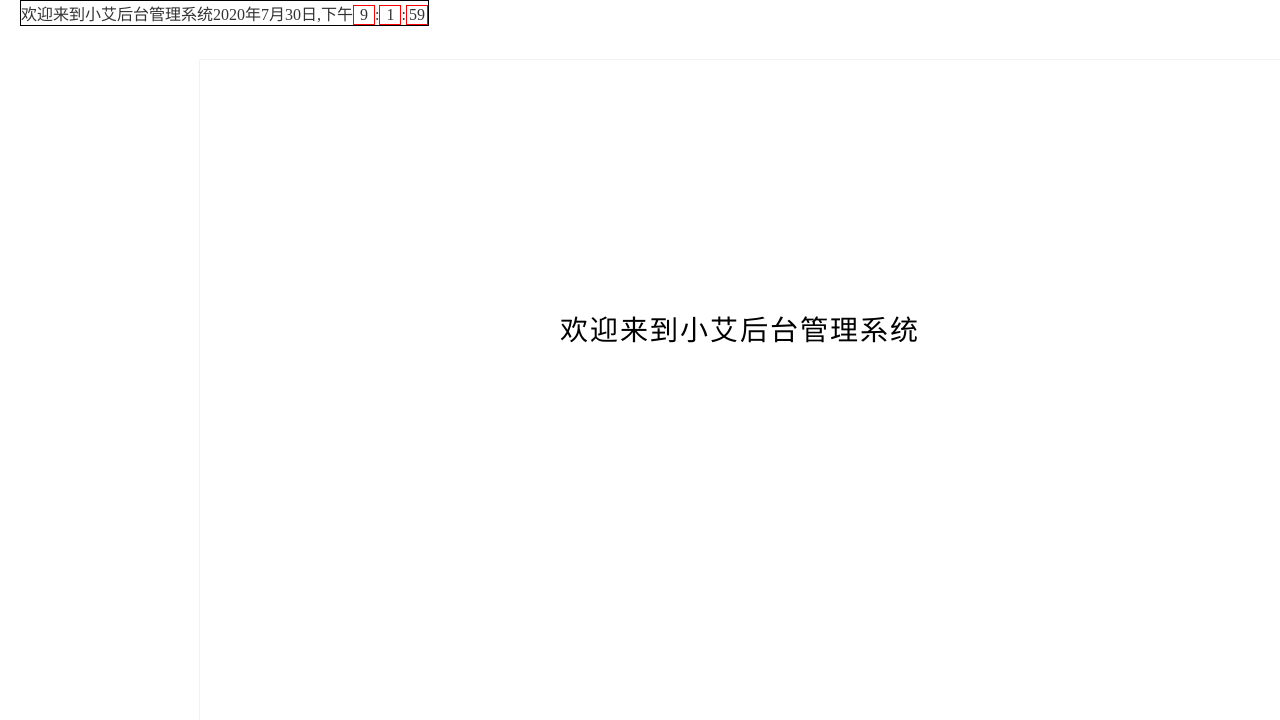
Repository: noob-injoker/router-slots-cw-ee
Page: /
An editor plug-in stored every save of this project. The page is shown before and after the next save, followed by the edit.
The browser window is 1280 px wide. The pictures show the whole page.
The page's requests for data from a server got no answer. The project was rebuilt for these pictures with package versions that can differ from the ones it lists, and the page was loaded fresh each time. No one was signed in, and anything a server would have sent is missing. Also part of the build but not shown: vue.config.js.

Above is the page before, as saved 2020-08-30 21:25:31.

### src/main.js
import Vue from 'vue'
import App from './App.vue'
import router from './router'
import store from './store'
import './bus'
import ElementUI from 'element-ui'
import 'element-ui/lib/theme-chalk/index.css'

Vue.use(ElementUI)

Vue.config.productionTip = false

new Vue({
  router,
  store,
  render: h => h(App)
}).$mount('#app')

### src/App.vue
<template>
<div id="app">

  <router-view />

</div>
</template>

<style>
@import './styles/styles.scss';
@import './styles/common.scss';
</style>

### src/router/index.js
import Vue from 'vue'
import VueRouter from 'vue-router'
import Home from '../views/Home.vue'
import Layout from '../views/Layout.vue'

Vue.use(VueRouter)

  const routes = [

    {
      path: '/',
      name: 'Layout',
      component: Layout,
      children: [

        {
          path: '',
          name: 'Home',
          component: Home
        }
        // ,
        // {
        //   path: 'cata',
        //   name: 'cata',
        //   component: () => import('../views/cata.vue')
        // }
      ]

    },
    {
      path:'/Login',
      name:"Login",
      component: () => import('../views/Login.vue'),
      meta:{
        title:'登录'
      }
    },
  // ,
  // {
  //   path: '/about',
  //   name: 'About',
  //   // route level code-splitting
  //   // this generates a separate chunk (about.[hash].js) for this route
  //   // which is lazy-loaded when the route is visited.
  //   component: () => import(/* webpackChunkName: "about" */ '../views/About.vue')
  // }

]

const router = new VueRouter({
  mode: 'history',
  base: process.env.BASE_URL,
  routes
})

export default router

### src/store/index.js
import Vue from 'vue'
import Vuex from 'vuex'
import user from './user/user'

Vue.use(Vuex)

export default new Vuex.Store({
  state: {

  },
  mutations: {

  },
  actions: {

  },
  modules: {
    user
  }
})

### src/bus/index.js
import Vue from 'vue'
const bus = new Vue()
Vue.prototype.$bus = bus

### src/styles/styles.scss
.username .el-form-item__label,.password .el-form-item__label{
    text-align: left;
}
.button-box .el-button--primary{
    width: 160px;
}
.el-menu-box .el-menu{
    border-right: 0px solid white;
}

### src/styles/common.scss
*{
  margin: 0px;
  padding: 0px;
}

.df{
  display: flex;
}
.f-1{
  flex: 1;
}
.j-center{
  display: flex;
  justify-content: center;

}
.j-bettween{
  display: flex;
  justify-content: space-between;

}
.j-around{
  display: flex;
  justify-content: space-around;
}
.j-end{
  display: flex;
  justify-content: flex-end;
}
.a-center{
  align-items: center;
}
.f-column{
  display: flex;
  flex-direction: column;
}
.p-r{
  position: relative;
}
.p-a{
  position: absolute;
}

.r1{
  border: 1px solid red;
}
.y1{
  border: 1px solid yellow;
}
.b1{
  border: 1px solid black;
}

.l-height32{
  line-height: 32px;
}
.w100{

  width: 100%;

}
.t-center{
  text-align: center;

}
.f12{
  font-size: 12px;
}

.w1170{
  width: 1170px;
}
.h100{
  height: 100px;
}
.h70{
  height: 70px;
}
.h436{
  height: 436px;
}
.h350{
  height: 350px;
}
.w1070{
  width: 1070px;
}
.h1590{
  height: 1590px;
}
.h726{
  height: 726px;
}
.w1054{
  width: 1054px;
}
.h160{
  height: 160px;
}
.w732{
  width: 732px;
}
.b2{
  border: 2px solid black;
}
.h434{
  height: 434px;

}
.h600{
  height: 600px;
}
.w1078{
  width: 1078px;
}
.h362{
  height: 362px;
}
.fs16{
  font-size: 16px;
}
.w652{
  width: 652px;

}
.h82{
  height: 82px;
}
.w1064{
  width: 1064px;
}
.h352{
  height: 352px;
}
.w286{
  width: 286px;
}
.h22{
  height: 22px;
}
.w290{
  width: 290px;
}
.h330{
  height: 330px;
}
.mt40{
  margin-top: 40px;
}
.h724{
  height: 724px;
}
.h630{
  height: 630px;

}
.w1058{
  width: 1058px;
}
.h160{
  height: 160px;
}
.w290{
  width: 290px;
}
.w738{
  width: 738px;
}
.w1170{
  width: 1170;
}
.h468{
  height: 468px;
}
.mt20{
  margin-top: 20px;
}
.h318{
  height: 318px;
}
.w652{
  width: 652px;
}
.w370{
  width: 370px;
}
.h314{
  height: 314px;
}
.g1{
  border: 1px solid gray;
}
.w146{
  width: 146px;
}
.box_content3_pic img{
  width: 100%;
  height: 100%;
}
.w488{
  width: 488px;
}
.h420{
  height: 420px;
}
.h234{
  height: 234px;
}
.w950{
  width: 950px;
}
.h68{
  height: 68px;
}
.w124{
  width: 124px;
}
.h50{
  height: 50px;
}
.w190{
  width: 190px;
}
.h44{
  height: 44px;
}
.w184{
  width: 184px;
}
.h32{
  height: 32px;
}
.h400{
  height: 400px;
}
.w1200{
  width: 1200px;
}
.w950{
  width: 950px;

}
.h630{
  height: 630px;
}
.h188{
  height: 188px;
}
.h380{
  height: 380px;
}
.h335{
  height: 335px;
}
.h138{
  height: 138px;
}
.w238{
  width: 238px;
}
.h668{
  height: 668px;
}
.h446{
  height: 446px;
}
.w460{
  width: 460px;
}
.w140{
  width: 140px;
}
.h140{
  height: 140px;
}
.w320{
  width: 320px;
}
.w950{
  width: 950px;

}
.h498{
  height: 498px;
}
.h100{
  height: 100px;
}
.h398{
  height: 398px;
}
.mb10{
  margin-bottom: 10px;
}
.w358{
  width: 358px;
}
.w440{
  width: 440px;
}
.w119{
  width: 119px;
}
.h30{
  height: 30px;
}
.w59{
  width: 59px;
}
.h88{
  height: 88px;
}
.w1000{
  width: 1000px;
}
.height{
  height: 460px;
}
.w120{
  width: 120px;
}
.h70{
  height: 70px;
}
.fs12{
  font-size: 12px;
}
.fs14{
  font-size: 14px;
}
.h509{
  height: 509px;
}
.w644{
  width: 644px;
}
.w274{
  width: 274px;
}
.w162{
  width: 274px;
}
.h104{
  height: 104px;
}
.w450{
  width: 450px;
}
.w162{
  width: 162px;
}
.h38{
  height: 38px;
}
.h40{
  height: 40px;
}
.w276{
  width: 276px;
}
.h320{
  height: 320px;
}
.w274{
  width: 274px;

}
.h76{
  height: 76px;
}
.h84{
  height: 84px;
}
.h140{
  height: 140px;
}
.h72{
  height: 72px;
}
.h80{
  height: 80px;
}
.h140{
  height: 140px;
}
.w98{
  width: 98px;
}
.w172{
  width: 172px;
}
.h310{
  height: 310px;
}
.h150{
  height: 150px;
}
.h40{
  height: 40px;
}
.pr{
  position: relative;
}
.pa{
  position: absolute;
}
.h176{
  height: 176px;
}
.w920{
  width: 920px;
}
.h122{
  height: 122px;
}
.h145{
  height: 145px;
}
.h108{
  height: 108px;
}
.h48{
  height: 48px;
}
.w612{
  width: 612px;
}
.h36{
  height: 36px;
}
.w322{
  width: 322px;
}
.w1002{
  width: 1002px;
}
.h98{
  height: 98px;
}
.h44{
  height: 44px;
}

.h328{
  height: 328px;
}
.w670{
  width: 670px;
}
.w258{
  width: 258px;
}
.h368{
  height: 368px;
}
.h308{
  height: 308px;
}
.w332{
  width: 332px;
}
.h590{
  height: 590px;
}
.h466{
  height: 466px;
}
.w242{
  width: 242px;
}
.w732{
  width: 732px;
}
.h42{
  height: 42px;
}
.w420{
  width: 420px;
}
.w270{
  width: 270px;
}
.w730{
  width: 730px;
}
.h150{
  height: 150px;
}
.w270{
  width: 270px;
}
.h120{
  height: 120px;
}
.w420{
  width: 420px;
}

.h150{
  height: 150px;
}
.w244{
  width: 244px;

}
.h276{
  height: 276px;
}
.h42{
  height: 42px;
}
.h490{
  height: 490px;
}
.f1{
  flex: 1;
}
.f5{
  flex: 5;
}
.h64{
  height: 64px;
}
.m-l-20{
  margin-left: 20px;
}
.p-l-8{

  padding-left: 8px;
}
.cw{
  color: white;
}
.bg_blue{
  background: rgb(87, 87, 128);
}
.p10{
  padding:10px;
}
.m-t-40{
  margin-top: 40px;
}
.m-t-10{
  margin-top: 10px;
}
.wb20{
  width: 20%;
}
.wb24{
  width: 24%;
}
.hb30{
  height: 30%;
}
.h60{
  height: 60px;
}
.fs22{
  font-size: 40px;
}
.h50{
  height: 50px;
}
.w200{
  width: 200px;
}
.m-t-10{
  margin-top: 10px;
}
.fw7{
  font-weight: 700;
}
.w200{
  width: 200px;
}
.h200{
  height: 200px;
}
.h602{
  height: 602px;
}
.h608{
  height: 607px;
}
.m-l-r-20{
  margin-left: 20px;
  margin-right: 20px;
}
.bgwhite{
  background: white;
}
.fixed{
  position: fixed;
}
.m-l-r-15{
  margin-left: 15px;
  margin-right: 15px;
}
.m-l-10{
  margin-left: 10px;
}
.m-t-15{
  margin-top:15px
}
.h40{
  height: 40px;
}
.bgw{
  background: white;
}
.h30{
  height: 30px;
}
.wb100{
  width: 100%;
}
.w300{
  width: 400px;
}
.h40{
  height: 40px;
}
.m-b-20{
  margin-bottom: 20px;
}
.m-t-20{
  margin-top: 20px;
}
.m-r-30{
  margin-right:30px;
}
.ccc{
  display: flex;
  align-items: center;
  justify-content: center;
}
.w00{
  width: 100%;

}
.h00{
  height: 100%;
}
.bgBlue{
  background: blue;
}
.bgBlack{
  background: black;
}
.bgGreen{
  background: green;
}
.w00{
  width: 100%;
}
.h00{
  height: 100%;
}

### src/views/Home.vue
<template>
<div class="w00 h00">

  <div class="text-box  ccc">欢迎来到小艾后台管理系统</div>

</div>
</template>

<script>
export default {
  name: "",
  props: {},
  components: {},
  data() {
    return {};
  },
  methods: {

  },
  mounted() {

  },
  watch: {},
  computed: {

  },
};
</script>

<style lang="scss" scoped>
.text-box {

 height: 80%;
  font-size: 28px;
  letter-spacing: 2px;


}
</style>

### src/views/Layout.vue
<template>
<div class=" container ">
  <el-container class="">

    <el-header>
      <div class="df ">
       <div> <headerNav></headerNav></div>
      </div>
    </el-header>

    <el-container class="">

      <el-aside width="200px">
        <div class="">
          <asideNav></asideNav>
        </div>
      </el-aside>

      <el-main class="main-box ">

        <div class=" h00">
          <router-view></router-view>
        </div>

      </el-main>

    </el-container>

  </el-container>
</div>
</template>

<script>
import asideNav from "../components/nav/asideNav";
import headerNav from "../components/nav/headerNav";
export default {
  name: "Layout",
  props: {},
  components: {
    asideNav,
    headerNav,
  },
  data() {
    return {};
  },
  methods: {},
  mounted() {},
  watch: {},
  computed: {},
};
</script>

<style lang="scss" scoped>
.main-box{

  height: calc(100vh - 60px);
}

.el-header {
  background-color: white;
  color: #333;

  border-bottom: 1px solid #f0f2f5;
  position: fixed;
  top: 0;
  left: 0;
  right: 0;
}

.el-aside {
  border-right: 1px solid #f0f2f5;
  background-color: white;
  line-height: 200px;
  border-top: 1px solid white;
  position: fixed;
  top: 59px;
  left: 0;
  bottom: 0;
}

.el-main {

  background-color: white;

  margin-left: 200px;
  margin-top: 60px;

}
</style>

### src/store/user/user.js
import api from '../../http/api'
import router from '../../router'
import { Message } from 'element-ui'

export default {
  // 开启命名空间 这个文件就是单独的一个vuex的模块
  namespaced: true,
  state: {
    menus: []
  },
  mutations: {
    setMenus(state, data) {
      state.menus = data
    }
  },
  actions: {
    // 所有的请求都写在actions里面
    // action里面的方法可以传两个参数 第一个参数是整个store(vuex对象) 第二个参数是请求的参数
    async getMenus({ commit }) {
      let res = await api.getMenus()


      if (res.meta.status === 200) {
        let obj = {
          authName: "首页",
          path:""
        }
        res.data.unshift(obj)
        // 提交mutation
        commit('setMenus', res.data);

        console.log(res.data);

      }
    },
    // async getMenus({commit}){
    //   let res = await api.getMenus()
    // },
    async login({ commit }, { username, password }) {
      console.log(commit);
      let res = await api.login({
        username,
        password
      })
      if (res.meta.status === 200) {
        // 存储信息
        localStorage.setItem('adminToken', res.data.token)
        localStorage.setItem('adminUser', JSON.stringify(res.data))
        // 跳转路由
        router.push('')
        // 提示用户
        Message.success('登录成功')
      } else {
        Message.error(res.meta.msg)
      }
    }

  },
}

### src/components/nav/asideNav.vue
<template>
<div>
  <el-row class="tac">
    <el-col>
      <div class="el-menu-box">

        <el-menu unique-opened router default-active="2" class="el-menu-vertical-demo">

          <template v-for="(item,index) in menus">

            <el-menu-item :index="item.path" :key="item.path" v-if="index===0">
              <i :class="iconList[index].icon"></i>
              <span slot="title">{{item.authName}}</span>
            </el-menu-item>

            <el-submenu :index="item.path" :key="item.path" v-else>

              <template slot="title">
                <i :class="iconList[index].icon"></i>
                <span>{{item.authName}}</span>
              </template>

              <el-menu-item-group>

                <el-menu-item :index="item1.path" v-for="(item1,index2) in item.children" :key="item1.path">
                  <i :class="iconList[index].childIconList[index2].childIconListIcon"></i>
                  <span slot="title">{{item1.authName}}{{index2}}</span>
                </el-menu-item>

              </el-menu-item-group>

            </el-submenu>

          </template>

        </el-menu>

      </div>
    </el-col>
  </el-row>
</div>
</template>

<script>
import {
  createNamespacedHelpers
} from "vuex";
const userModule = createNamespacedHelpers("user");
const {
  mapState: userState,
  mapActions: userActions
} = userModule;
export default {
  name: "",
  props: {},
  components: {},
  data() {
    return {

      iconList: [{
          icon: 'el-icon-s-home',
          childIconList: [{
            childIconListIcon: ''
          }]
        },
        {
          icon: 'el-icon-user',
          childIconList: [{
            childIconListIcon: 'el-icon-folder-opened'
          }]
        },
        {
          icon: 'el-icon-folder',
          childIconList: [{
              childIconListIcon: 'el-icon-setting'
            },
            {
              childIconListIcon: 'el-icon-c-scale-to-original'
            },

          ]
        },
        {
          icon: 'el-icon-goods',
          childIconList: [{
              childIconListIcon: 'el-icon-help'
            },
            {
              childIconListIcon: 'el-icon-bell'
            },
            {
              childIconListIcon: 'el-icon-date'
            },
          ]
        },
        {
          icon: 'el-icon-s-order',
          childIconList: [{
            childIconListIcon: 'el-icon-folder-add'
          }]
        },
        {
          icon: 'el-icon-message',
          childIconList: [{
            childIconListIcon: 'el-icon-position'
          }]
        }
      ]

    };
  },
  methods: {
    ...userActions(["getMenus"]),
  },
  mounted() {
    this.getMenus();
  },
  watch: {},
  computed: {
    ...userState(["menus"]),
  },
};
</script>

<style scoped lang='scss'>
</style>

### src/components/nav/headerNav.vue
<template>
<div class="df b1 j-around a-center">
  <div>欢迎来到小艾后台管理系统</div>
  <div>
    <div v-if="date">{{year}}年{{month}}月{{day}}日,下午<span>{{hours}}</span>:<span>{{minuts}}</span>:<span>{{secondes}}</span></div>
  </div>
</div>
</template>

<script>
export default {
  name: '',
  props: {},
  components: {

  },
  data() {
    return {
      time: "",
      date: null,

    }
  },
  methods: {
    getDate() {

      setInterval(() => {
        this.date = new Date();
        this.year = this.date.getFullYear();
        this.month = this.date.getMonth();
        this.day = this.date.getDate();
        this.hours = this.date.getHours() * 1; //获取当前小时数(0-23)
        if (this.hours < 12) {
          this.hours = this.hours * 1
        } else {
          this.hours = this.hours - 12
        }
        this.secondes = this.date.getSeconds();
        this.minuts = this.date.getMinutes(); //获取当前分钟数(0-59)
        // this.time = `${year}年${month}月${day}日,下午${hours}:${minuts}:${secondes}`
      }, 1000);

    }

  },
  mounted() {
    this.getDate()

  },
  watch: {

  },
  computed: {

  }
}
</script>

<style scoped lang='scss'>
span{
  text-align: center;
  display: inline-block;
  width: 20px;
  border: 1px solid red;
}
</style>

### src/http/api.js
import service from './index'

export default {
  login({username, password}) {
    return service.post('/login', {
      username,
      password
    })
  },
  getMenus() {
    return service.get('menus')
  }
}

### src/http/index.js
import axios from 'axios'
import nprogress from 'nprogress'
import {Message} from 'element-ui'


// 运行环境: 本地环境:devlpment 和线上(生产)环境: production
const isPro = process.env.NODE_ENV === 'production'

// 创建一个axios的实例
const service = axios.create({
  // 基础路径: 需要根据当前的运行环境来判断
  baseURL: isPro ? '线上的接口路径' : '/api',
  // 超时时间
  timeout: 100000
})


// 请求拦截: 每一次发请求都会做的事情
service.interceptors.request.use((config) => {
  nprogress.start()
  // 前后端鉴权
  // jwt: JSON WEB TOKEN
  // 登录成功之后 后端会返回一个令牌
  let token = localStorage.getItem('adminToken')
  if (token) {
    // 需要在请求头当中添加token
    config.headers['Authorization'] = token
  }
  return config
}, err => {
  nprogress.done()
  return Promise.reject(err)
})


// 响应拦截: 每一次接口返回数据的时候都会做的事情
service.interceptors.response.use((res) => {
  nprogress.done()
  return res.data
}, err => {
  if (err.response && err.response.status) {
    // 错误请求的状态码
    let status = err.response.status
    if (status === 400) {
      Message.error('参数错误')
    }
    if (status === 401) {
      Message.error('登录过期,请重新登录')
    }
    if (status === 403) {
      Message.error('没有权限')
    }
    if (status === 404) {
      Message.error('接口路径错误')
    }
    if (status === 500) {
      Message.error('服务器出错')
    }
    if (status === 503) {
      Message.error('服务器在维护')
    }
  }
  return Promise.reject(err)
})


export default service

Loaded but not shown: public/index.html (common file)

After the next save:
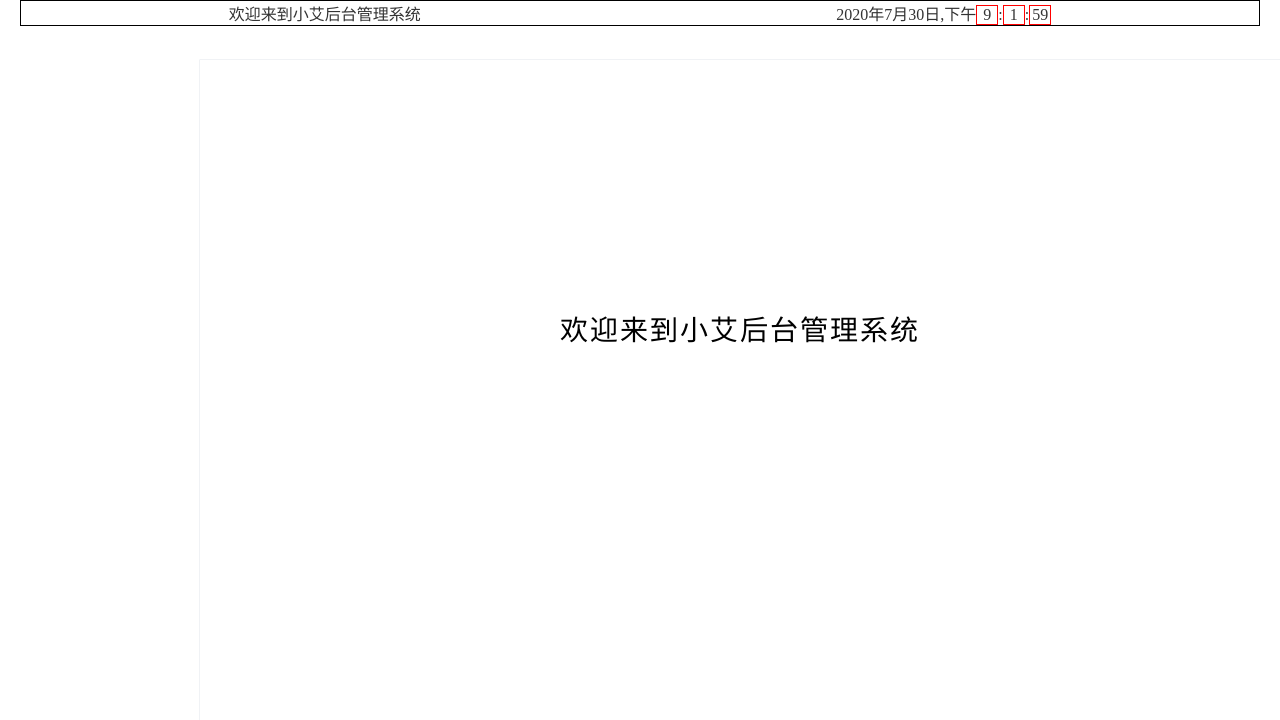
Saved 36 s later.
--- a/src/views/Layout.vue
+++ b/src/views/Layout.vue
@@ -3,9 +3,9 @@
   <el-container class="">
 
     <el-header>
-      <div class="df ">
-       <div> <headerNav></headerNav></div>
-      </div>
+
+          <headerNav></headerNav>
+
     </el-header>
 
     <el-container class="">
@@ -51,7 +51,7 @@ export default {
 </script>
 
 <style lang="scss" scoped>
-.main-box{
+.main-box {
 
   height: calc(100vh - 60px);
 }
